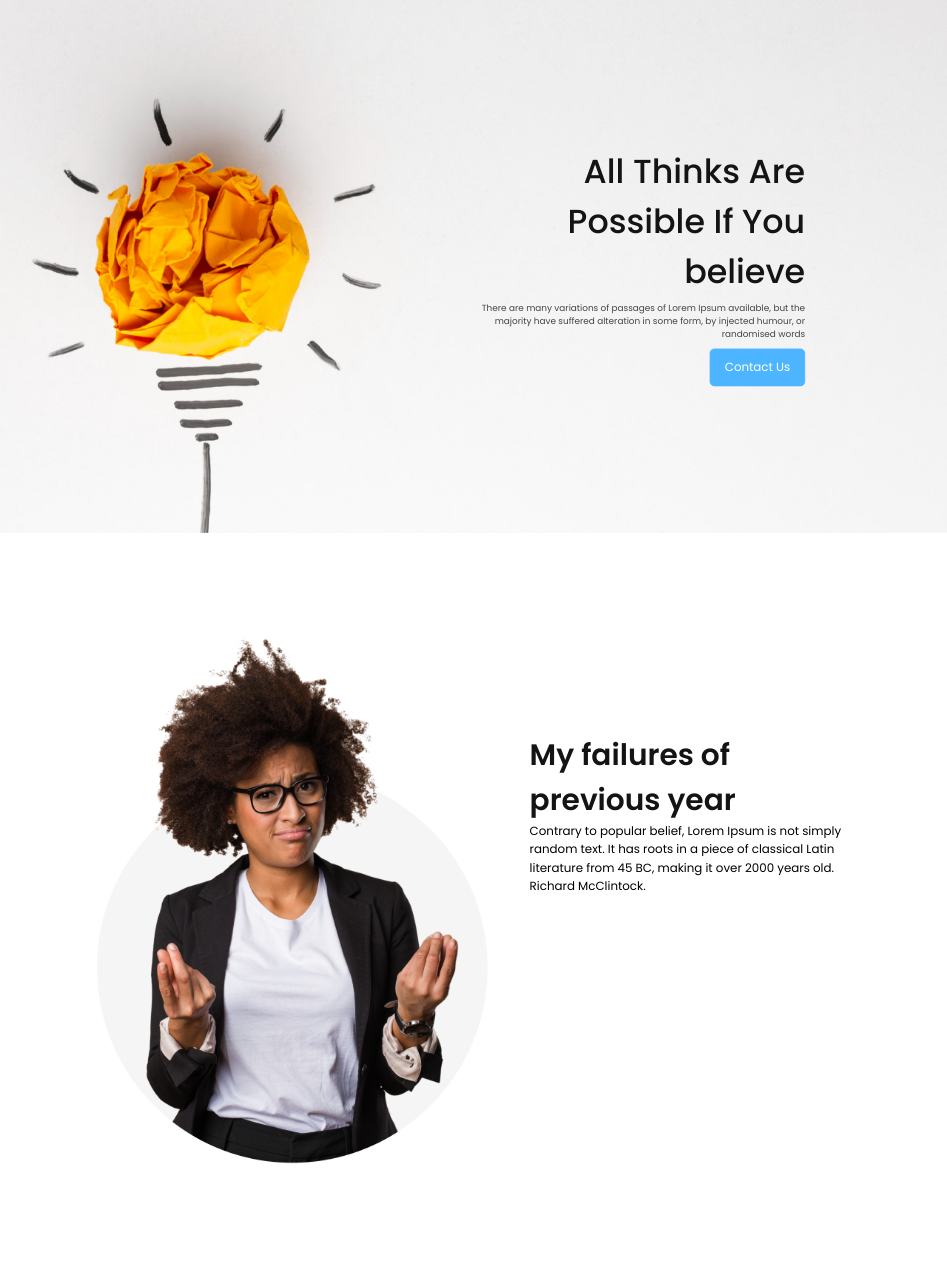
Repository: mdrubel02/new-year-new-mission
Page: index.html
The author's editor kept a copy of each file at every save. The page is drawn from the files as they stood at one save, then again after the next save.
The browser window is 1280 px wide. The pictures show the whole page, at 74% of full size.

Above is the page before, as saved 2023-01-06 22:53:49.

### index.html
<!DOCTYPE html>
<html lang="en">

<head>
    <meta charset="UTF-8">
    <meta http-equiv="X-UA-Compatible" content="IE=edge">
    <meta name="viewport" content="width=device-width, initial-scale=1.0">
    <title>new-year-new-mission</title>
    <!-------- css link ---------->
    <link rel="stylesheet" href="/index.css">
</head>

<body>
    <header>
        <!--------- banner section --------->
        <section class="banner_section ">
            <div class="banner">
                <h1>All Thinks Are Possible If You believe</h1>
                <p>There are many variations of passages of Lorem Ipsum available, but the majority have suffered
                    alteration in some form, by injected humour, or randomised words</p>
                <a href="" class="btn btn-primary">Contact Us</a>
            </div>
        </section>
    </header>
    <section class="container">
        <div class="experience_section">
            <div class="experience_left">
                <img src="./images/person.png" alt="">
            </div>
            <div class="experience_right">
                <h1>My failures of previous year</h1>
                <p>Contrary to popular belief, Lorem Ipsum is not simply random text. It has roots in a piece of classical Latin literature from 45 BC, making it over 2000 years old. Richard McClintock.</p>
            </div>
        </div>

    </section>
</body>

</html>

### index.css
/* =====GOOGLE FONTS====== */
@import url('https://fonts.googleapis.com/css2?family=Poppins:wght@300;400;500;600&display=swap');

/* =====COMMON STYLES====== */
* {
    margin: 0;
    padding: 0;
    border: 0;
    outline: 0;
    list-style: none;
    text-decoration: none;
}

body {
    font-family: 'Poppins', sans-serif;
}

h1,
h2,
h3,
h4,
h5,
h6 {
    font-weight: 500;
}

.container {
    max-width: 1200px;
    margin: 0 auto;
    margin-top: 10%;
    margin-bottom: 10%;
    padding: 0 30px;
    box-sizing: border-box;
}

a {
    color: #fff;
    transition: all 400ms ease;
}

a:hover {
    color: #fff;
}

.btn {
    text-align: center;
    width: max-content;
    display: inline-block;
    color: #fff;
    padding: 0.75rem 1.2rem;
    border-radius: 0.4rem;
    border: 1px solid #4db5ff;
    transition: all 400ms ease;
}

.btn:hover {
    background: #fff;
    color: #4db5ff;
    border: 1px solid #4db5ff;
}

.btn-primary {
    background: #4db5ff;
    color: #fff;
}

/* ========= Banner section ============== */
.banner_section{
    background-image: url(/images/banner/banner1.png);
    background-repeat: no-repeat;
    background-size: cover;
    background-position: center center;
    height: 100vh;
    width: 100%;
    position: relative;
    z-index: 1;
    display: flex;
    flex-direction: column;
    justify-content: center;
    align-items: flex-end;
    text-align: center;
}
.banner{
    width: 35%;
   margin-top: -0%;
   position: absolute;
   right: 15%;
   display: flex;
   flex-direction: column;
   justify-content: end;
   align-items: flex-end;
}
.banner h1{
    font-size: 45px;
    color: #151414;
    text-align: end;
}
.banner p{
    color: #444343;
    font-size: 12px;
    text-align: end;
    padding-top: 5px;
    padding-bottom: 10px;
}


/* =========== experience section ================== */
.experience_section{
    display: flex;
    justify-content: space-evenly;
    align-items: center;
}
.experience_right{
    width: 40%;
    margin-top: -20%;
}
.experience_right h1{
    font-weight: 700;
    font-size: 40px;

    color: #151414;
}

After the next save:
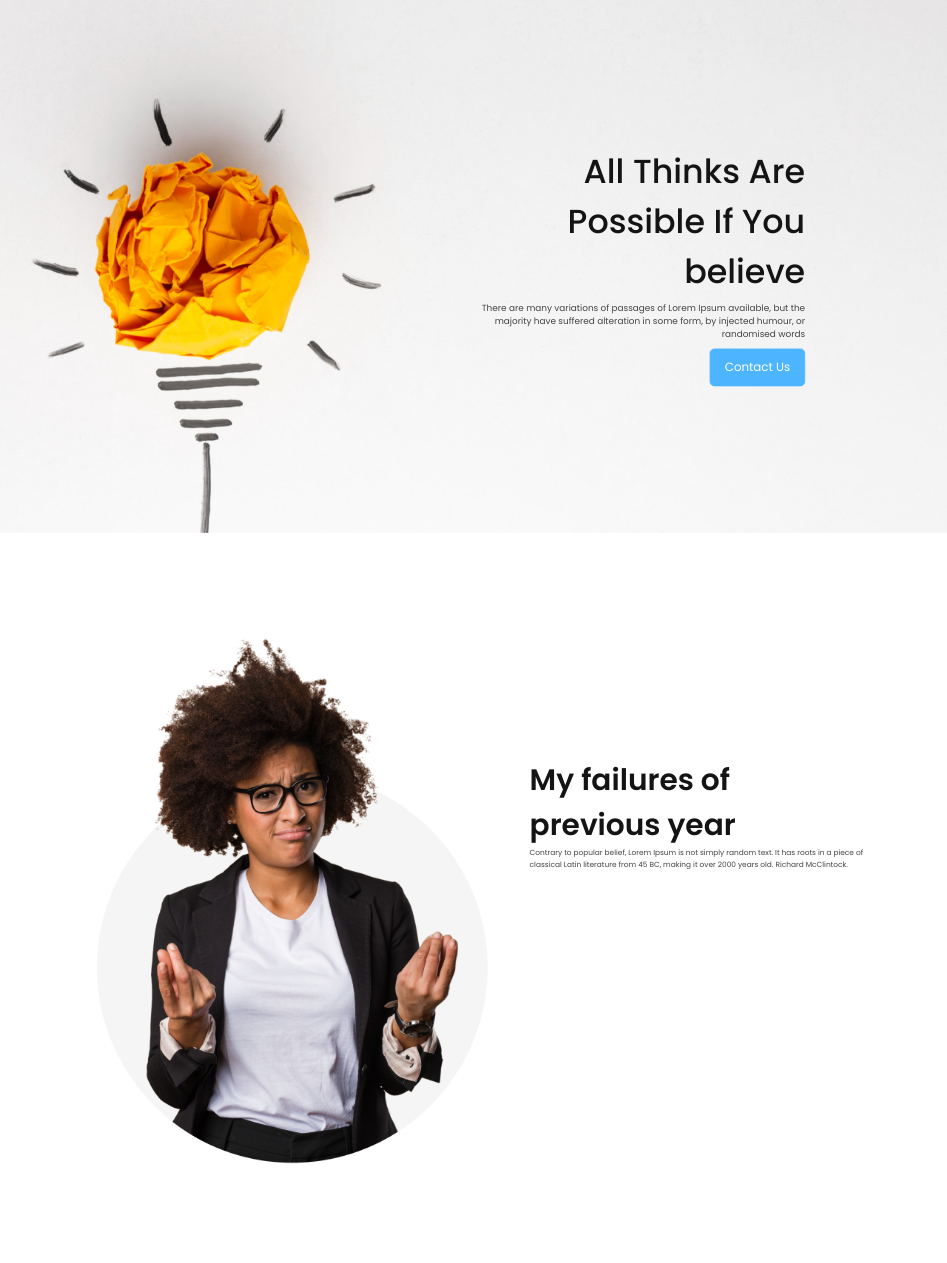
Saved 53 s later.
--- a/index.css
+++ b/index.css
@@ -120,3 +120,7 @@ a:hover {
 
     color: #151414;
 }
+.experience_right p{
+    font-size: 10px;
+    color: #444343;
+}
